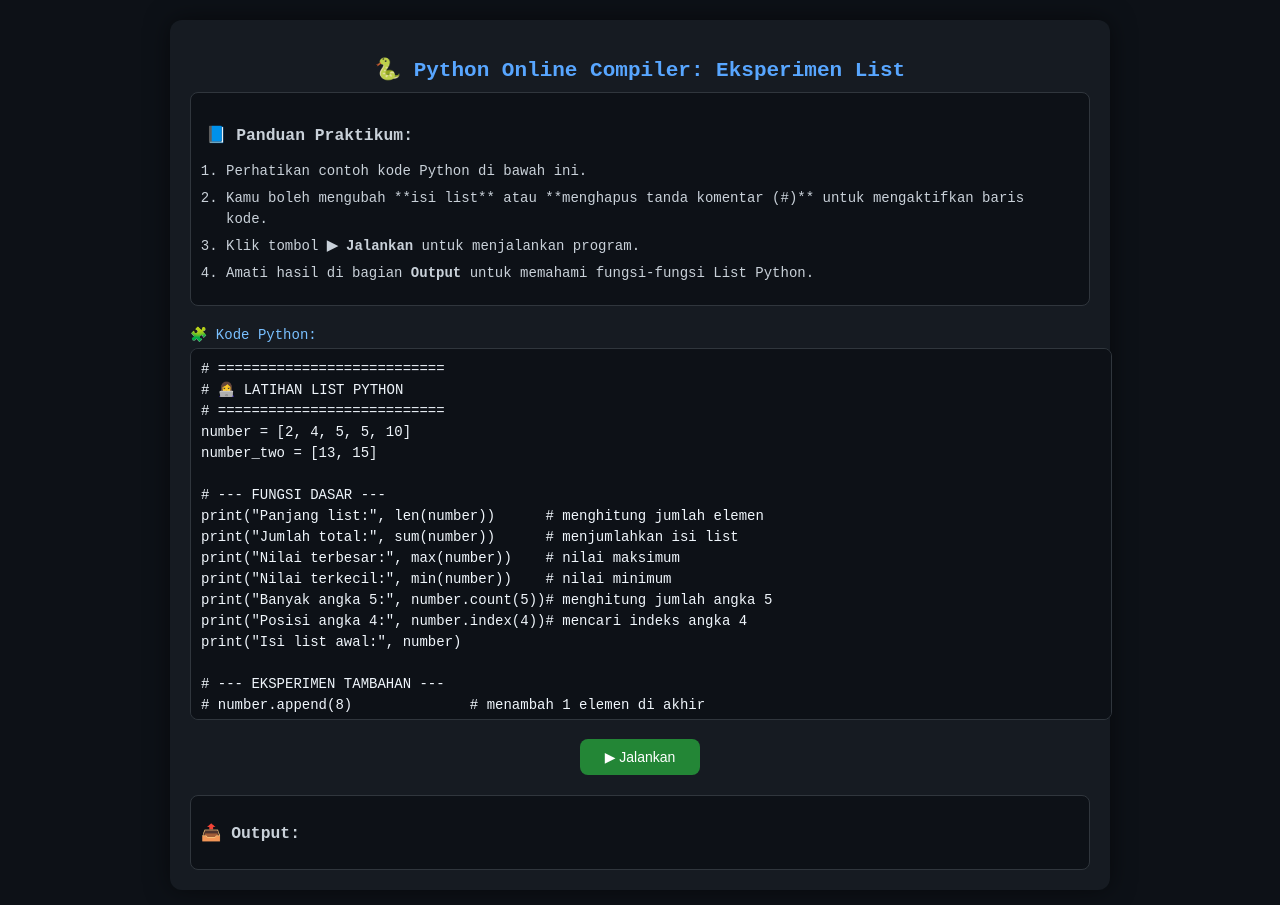
Repository: smkmutipugademak/Array
Page: index.html
The author's editor kept a copy of each file at every save. The page is drawn from the files as they stood at one save, then again after the next save.
The browser window is 1280 px wide. The pictures show the whole page.
An inner scrolling area shows only its first screen.

Above is the page before, as saved 2025-11-11 04:41:47.

### index.html
<!DOCTYPE html>
<html lang="id">

<head>
    <meta charset="UTF-8" />
    <meta name="viewport" content="width=device-width, initial-scale=1.0" />
    <title>Python Interactive Compiler - Eksperimen List</title>
    <link rel="stylesheet" href="style.css" />
</head>

<body>
    <div class="container">
        <h2>🐍 Python Online Compiler: Eksperimen List</h2>

        <div class="instructions">
            <h3>📘 Panduan Praktikum:</h3>
            <ol>
                <li>Perhatikan contoh kode Python di bawah ini.</li>
                <li>Kamu boleh mengubah **isi list** atau **menghapus tanda komentar (#)** untuk mengaktifkan baris
                    kode.</li>
                <li>Klik tombol <b>▶ Jalankan</b> untuk menjalankan program.</li>
                <li>Amati hasil di bagian <b>Output</b> untuk memahami fungsi-fungsi List Python.</li>
            </ol>
        </div>

        <div class="editor-container">
            <label for="editor">🧩 Kode Python:</label>
            <textarea id="editor" spellcheck="false">
# ===========================
# 👩‍💻 LATIHAN LIST PYTHON
# ===========================
number = [2, 4, 5, 5, 10]
number_two = [13, 15]

# --- FUNGSI DASAR ---
print("Panjang list:", len(number))      # menghitung jumlah elemen
print("Jumlah total:", sum(number))      # menjumlahkan isi list
print("Nilai terbesar:", max(number))    # nilai maksimum
print("Nilai terkecil:", min(number))    # nilai minimum
print("Banyak angka 5:", number.count(5))# menghitung jumlah angka 5
print("Posisi angka 4:", number.index(4))# mencari indeks angka 4
print("Isi list awal:", number)

# --- EKSPERIMEN TAMBAHAN ---
# number.append(8)              # menambah 1 elemen di akhir
# number.insert(2, 99)          # menyisipkan nilai 99 di indeks ke-2
# number.extend(number_two)     # menggabungkan 2 list
# number.pop()                  # menghapus elemen terakhir
# number.remove(5)              # menghapus nilai pertama yang sama dengan 5
# number.clear()                # menghapus semua elemen list

# --- EKSPERIMEN PENGGABUNGAN & PEMOTONGAN ---
# print(number + number_two)    # menggabungkan dua list
# print(number * 2)             # menduplikasi list
# print(number[2:6])            # slicing (ambil elemen indeks 2 sampai 5)
# print(number[::-1])           # membalik urutan list

# --- EKSPERIMEN LAINNYA ---
# print(4 in number)            # cek apakah angka 4 ada dalam list
# number_copy = number.copy()   # menyalin list
# print(number_copy)

print("Isi list akhir:", number)
      </textarea>
        </div>

        <button id="runBtn">▶ Jalankan</button>

        <div class="output-container">
            <h3>📤 Output:</h3>
            <pre id="output"></pre>
        </div>
    </div>

    <script src="https://cdn.jsdelivr.net/npm/skulpt@1.2.0/dist/skulpt.min.js"></script>
    <script src="https://cdn.jsdelivr.net/npm/skulpt@1.2.0/dist/skulpt-stdlib.js"></script>
    <script src="script.js"></script>
</body>

</html>

### style.css
/* === Tampilan Utama === */
body {
    background-color: #0d1117;
    color: #c9d1d9;
    font-family: "Fira Code", monospace;
    font-size: 14px;
    display: flex;
    justify-content: center;
    align-items: center;
    min-height: 100vh;
    margin: 0;
    padding: 20px;
}

/* === Kotak Compiler === */
.container {
    background-color: #161b22;
    padding: 20px;
    border-radius: 12px;
    width: 90%;
    max-width: 900px;
    box-shadow: 0 0 25px rgba(0, 0, 0, 0.5);
}

/* === Judul === */
h2 {
    text-align: center;
    color: #58a6ff;
    margin-bottom: 10px;
}

/* === Petunjuk === */
.instructions {
    background-color: #0d1117;
    border: 1px solid #30363d;
    border-radius: 8px;
    padding: 15px;
    margin-bottom: 20px;
    font-size: 14px;
}

.instructions ol {
    margin: 0;
    padding-left: 20px;
}

.instructions li {
    margin-bottom: 6px;
    line-height: 1.5;
}

/* === Editor === */
.editor-container label {
    display: block;
    margin-bottom: 5px;
    color: #79c0ff;
    font-size: 14px;
}

textarea {
    width: 100%;
    height: 350px;
    background-color: #0d1117;
    color: #f0f6fc;
    border: 1px solid #30363d;
    border-radius: 8px;
    padding: 10px;
    font-size: 14px;
    resize: none;
    line-height: 1.5;
}

/* === Tombol === */
button {
    display: block;
    margin: 15px auto 0;
    padding: 10px 25px;
    border: none;
    background-color: #238636;
    color: white;
    border-radius: 8px;
    cursor: pointer;
    font-size: 14px;
    transition: background 0.3s;
}

button:hover {
    background-color: #2ea043;
}

/* === Output === */
.output-container {
    margin-top: 20px;
    background-color: #0d1117;
    border: 1px solid #30363d;
    border-radius: 8px;
    padding: 10px;
}

pre {
    color: #f0f6fc;
    font-size: 14px;
    white-space: pre-wrap;
}

/* === Responsif === */
@media (max-width: 600px) {
    .container {
        width: 100%;
        padding: 15px;
    }

    textarea {
        height: 280px;
        font-size: 13px;
    }

    button {
        width: 100%;
    }
}

### script.js
function outf(text) {
    const outputArea = document.getElementById("output");
    outputArea.innerHTML += text + "\n";
}

function builtinRead(x) {
    if (Sk.builtinFiles === undefined || Sk.builtinFiles["files"][x] === undefined)
        throw "File not found: '" + x + "'";
    return Sk.builtinFiles["files"][x];
}

document.getElementById("runBtn").addEventListener("click", () => {
    const prog = document.getElementById("editor").value;
    const outputArea = document.getElementById("output");
    outputArea.innerHTML = "";

    Sk.configure({ output: outf, read: builtinRead });
    const promise = Sk.misceval.asyncToPromise(() =>
        Sk.importMainWithBody("<stdin>", false, prog, true)
    );

    promise.then(
        () => outf("\n✅ Program selesai tanpa error."),
        (err) => outf("\n❌ Error: " + err.toString())
    );
});

After the next save:
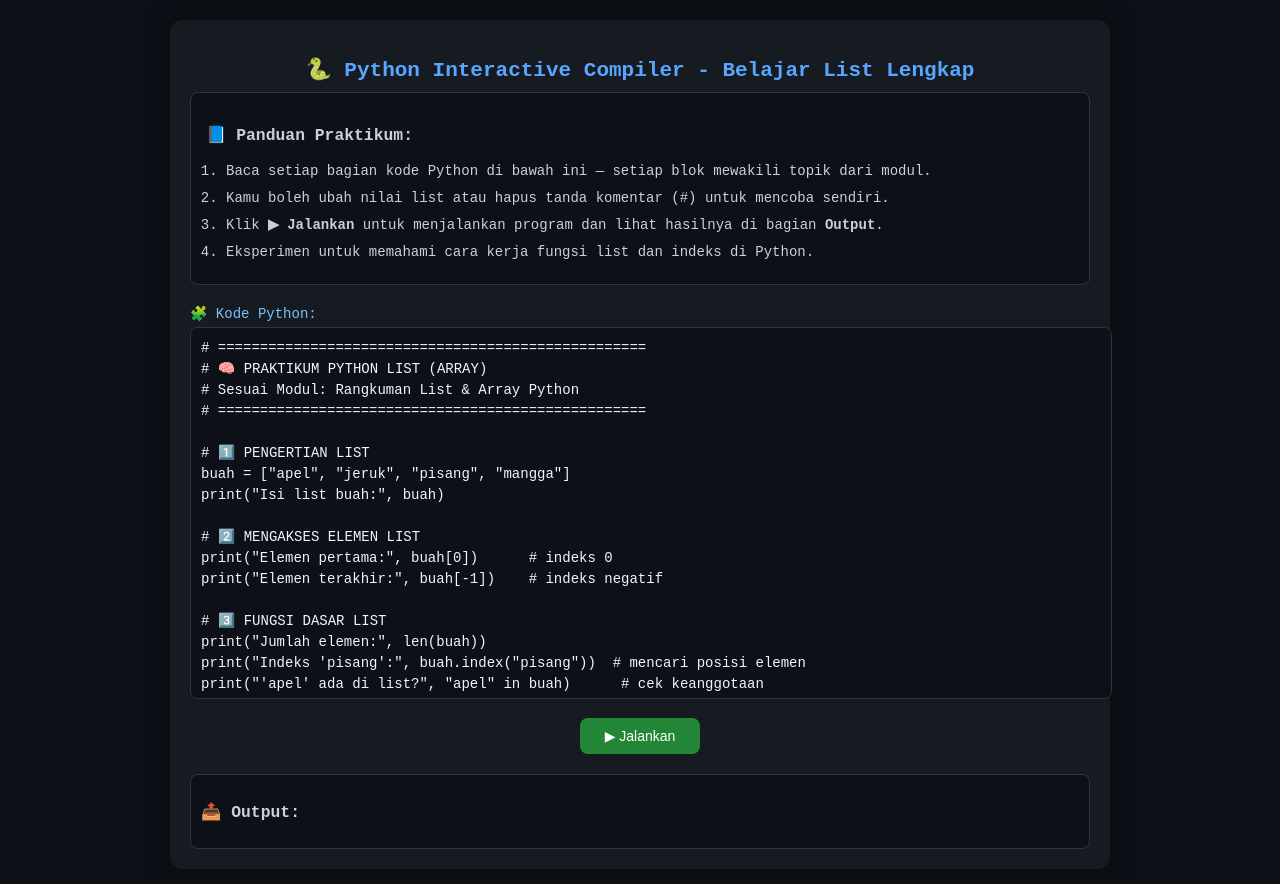
Saved 2 min 1 s later.
--- a/index.html
+++ b/index.html
@@ -4,63 +4,85 @@
 <head>
     <meta charset="UTF-8" />
     <meta name="viewport" content="width=device-width, initial-scale=1.0" />
-    <title>Python Interactive Compiler - Eksperimen List</title>
+    <title>Python Interactive Compiler - Modul List Lengkap</title>
     <link rel="stylesheet" href="style.css" />
 </head>
 
 <body>
     <div class="container">
-        <h2>🐍 Python Online Compiler: Eksperimen List</h2>
+        <h2>🐍 Python Interactive Compiler - Belajar List Lengkap</h2>
 
         <div class="instructions">
             <h3>📘 Panduan Praktikum:</h3>
             <ol>
-                <li>Perhatikan contoh kode Python di bawah ini.</li>
-                <li>Kamu boleh mengubah **isi list** atau **menghapus tanda komentar (#)** untuk mengaktifkan baris
-                    kode.</li>
-                <li>Klik tombol <b>▶ Jalankan</b> untuk menjalankan program.</li>
-                <li>Amati hasil di bagian <b>Output</b> untuk memahami fungsi-fungsi List Python.</li>
+                <li>Baca setiap bagian kode Python di bawah ini — setiap blok mewakili topik dari modul.</li>
+                <li>Kamu boleh ubah nilai list atau hapus tanda komentar (<code>#</code>) untuk mencoba sendiri.</li>
+                <li>Klik <b>▶ Jalankan</b> untuk menjalankan program dan lihat hasilnya di bagian <b>Output</b>.</li>
+                <li>Eksperimen untuk memahami cara kerja fungsi list dan indeks di Python.</li>
             </ol>
         </div>
 
         <div class="editor-container">
             <label for="editor">🧩 Kode Python:</label>
             <textarea id="editor" spellcheck="false">
-# ===========================
-# 👩‍💻 LATIHAN LIST PYTHON
-# ===========================
-number = [2, 4, 5, 5, 10]
-number_two = [13, 15]
+# ===================================================
+# 🧠 PRAKTIKUM PYTHON LIST (ARRAY)
+# Sesuai Modul: Rangkuman List & Array Python
+# ===================================================
 
-# --- FUNGSI DASAR ---
-print("Panjang list:", len(number))      # menghitung jumlah elemen
-print("Jumlah total:", sum(number))      # menjumlahkan isi list
-print("Nilai terbesar:", max(number))    # nilai maksimum
-print("Nilai terkecil:", min(number))    # nilai minimum
-print("Banyak angka 5:", number.count(5))# menghitung jumlah angka 5
-print("Posisi angka 4:", number.index(4))# mencari indeks angka 4
-print("Isi list awal:", number)
+# 1️⃣ PENGERTIAN LIST
+buah = ["apel", "jeruk", "pisang", "mangga"]
+print("Isi list buah:", buah)
 
-# --- EKSPERIMEN TAMBAHAN ---
-# number.append(8)              # menambah 1 elemen di akhir
-# number.insert(2, 99)          # menyisipkan nilai 99 di indeks ke-2
-# number.extend(number_two)     # menggabungkan 2 list
-# number.pop()                  # menghapus elemen terakhir
-# number.remove(5)              # menghapus nilai pertama yang sama dengan 5
-# number.clear()                # menghapus semua elemen list
+# 2️⃣ MENGAKSES ELEMEN LIST
+print("Elemen pertama:", buah[0])      # indeks 0
+print("Elemen terakhir:", buah[-1])    # indeks negatif
 
-# --- EKSPERIMEN PENGGABUNGAN & PEMOTONGAN ---
-# print(number + number_two)    # menggabungkan dua list
-# print(number * 2)             # menduplikasi list
-# print(number[2:6])            # slicing (ambil elemen indeks 2 sampai 5)
-# print(number[::-1])           # membalik urutan list
+# 3️⃣ FUNGSI DASAR LIST
+print("Jumlah elemen:", len(buah))
+print("Indeks 'pisang':", buah.index("pisang"))  # mencari posisi elemen
+print("'apel' ada di list?", "apel" in buah)      # cek keanggotaan
 
-# --- EKSPERIMEN LAINNYA ---
-# print(4 in number)            # cek apakah angka 4 ada dalam list
-# number_copy = number.copy()   # menyalin list
-# print(number_copy)
+# 4️⃣ MENAMBAH, MENGUBAH, MENGHAPUS DATA
+buah.append("melon")       # tambah di akhir
+buah.insert(2, "anggur")   # sisip di indeks ke-2
+buah[0] = "apel hijau"     # ubah data
+buah.remove("jeruk")       # hapus berdasarkan nilai
+hapus = buah.pop()         # hapus terakhir dan simpan
+print("Setelah perubahan:", buah)
+print("Yang dihapus:", hapus)
 
-print("Isi list akhir:", number)
+# 5️⃣ OPERASI PADA LIST
+angka = [1, 2, 3, 4, 5]
+print("Penjumlahan list:", angka + [6, 7])
+print("Duplikasi list:", angka * 2)
+
+# 6️⃣ SLICING (Mengambil Bagian List)
+print("Elemen ke-2 s.d ke-4:", angka[1:4])
+print("Membalik urutan:", angka[::-1])
+
+# 7️⃣ NESTED LIST
+kelas = [["Ani", 80], ["Budi", 90], ["Citra", 85]]
+print("Nilai Budi:", kelas[1][1])   # akses list di dalam list
+
+# 8️⃣ LOOPING DALAM LIST
+print("Daftar nilai siswa:")
+for siswa in kelas:
+    print(siswa[0], "=", siswa[1])
+
+# 9️⃣ LIST COMPREHENSION
+kuadrat = [x**2 for x in angka]
+print("Kuadrat angka:", kuadrat)
+
+# 🔟 PENGURUTAN DAN PEMBALIKAN
+angka_baru = [5, 2, 9, 1, 3]
+angka_baru.sort()
+print("Urutan naik:", angka_baru)
+angka_baru.reverse()
+print("Urutan terbalik:", angka_baru)
+
+# ✅ KESIMPULAN
+print("List bersifat mutable dan fleksibel di Python!")
       </textarea>
         </div>
 
